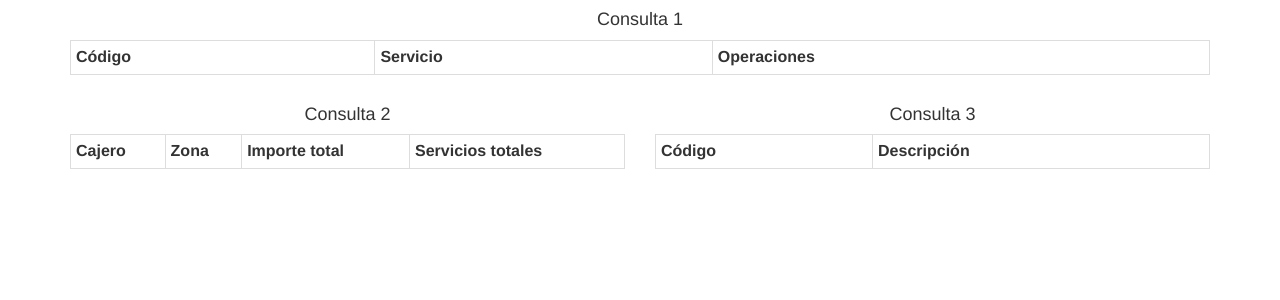
Repository: Myugen/EjercicioPHP
Page: http://localhost/
An editor plug-in stored every save of this project. The page is shown before and after the next save, followed by the edit.
The browser window is 1280 px wide. The pictures show the whole page.
Some web libraries are served in a nearby version. The page is run by PHP 8.4 with error messages shown; the project is at /var/www/html/. Queries for data that is not in the repository find no rows.

Above is the page before, as saved 2015-11-20 09:00:00.

### Examen2PHP/index.php
<!DOCTYPE HTML PUBLIC "-//W3C//DTD HTML 4.01 Frameset//EN">
<html>
<head>
<meta name="viewport" content="width=device-width, initial-scale=1">
<link rel="stylesheet" href="http://maxcdn.bootstrapcdn.com/bootstrap/3.3.5/css/bootstrap.min.css">
<script src="https://ajax.googleapis.com/ajax/libs/jquery/1.11.3/jquery.min.js"></script>
<script src="http://maxcdn.bootstrapcdn.com/bootstrap/3.3.5/js/bootstrap.min.js"></script>
<meta http-equiv="Content-Type" content="text/html; charset=UTF-8">
<title>Consultas Base de Datos Vivero de empresas</title>
</head>
<body>
<?php
	$conexion = new mysqli("localhost", "root", "admin", "bankia") or
	die("<div class='alert aler-danger text-center'><p>No es posible conectarse a la
	base de datos. Compruebe que los datos de conexión, usuario y/o contraseña son correctos.</p></div>");
?>
	<div class="container text-center">
	<div class="row">
		<div class="col-md-12">
			<h4>Consulta 1</h4>
			<?php
			$consulta1 = "SELECT s.codigo, s.tipo, COUNT(o.serv_cod) as numop
						  FROM servicios as s
						  LEFT JOIN operaciones as o
						  ON s.codigo = o.serv_cod
						  GROUP BY s.codigo
						  ORDER BY numop DESC";
			if($resultado = $conexion->query($consulta1)) {
				echo "<table class='table table-condensed table-bordered'>";
				echo "<tr><th>Código</th><th>Servicio</th><th>Operaciones</th></tr>";
				while($row = $resultado->fetch_row()){
					echo "<tr><td>" . utf8_encode($row[0]) . "</td><td>" . utf8_encode($row[1]) . "</td>
						  <td>" . utf8_encode($row[2]) . "</td></tr>";
				}
				echo "</table>";
			}
			else {
				echo "<p class='text-danger'>Consulta no resuelta. Error $conexion->errno : $conexion->error </p><br>";
			}
			?>
		</div>
	</div>
	<div class="row">
		<div class="col-md-6">
			<h4>Consulta 2</h4>
			<?php
			$consulta2 = "SELECT t.codigo, t.zona, SUM(s.importe) as imptotal, COUNT(s.codigo) as cod
						  FROM operaciones as o
						  LEFT JOIN terminal as t
						  ON t.codigo = o.term_cod
						  LEFT JOIN servicios as s
						  ON s.codigo = o.serv_cod
						  GROUP BY t.codigo
						  ORDER BY cod, t.zona";
			if($resultado = $conexion->query($consulta2)) {
				echo "<table class='table table-condensed table-bordered'>";
				echo "<tr><th>Cajero</th><th>Zona</th>
					  <th>Importe total</th><th>Servicios totales</th></tr>";
				while($row = $resultado->fetch_row()){
					echo "<tr><td>" . utf8_encode($row[0]) . "</td><td>" . utf8_encode($row[1]) . "</td>
			              <td>" . utf8_encode($row[2]) . "</td><td>" . utf8_encode($row[3]) . "</td></tr>";
				}
				echo "</table>";
			}
			else {
				echo "<p class='text-danger'>Consulta no resuelta. Error $conexion->errno : $conexion->error </p><br>";
			}
			?>
		</div>
		<div class="col-md-6">
			<h4>Consulta 3</h4>
			<?php
			$consulta3 = "SELECT codigo, descripcion
		                  FROM empresas
		                  WHERE Codigo IN (SELECT empresa
		                                   FROM profesionales p
		                                   LEFT JOIN tiempo_uso t ON p.DNI = t.DNI
		                                   GROUP BY empresa
		                                   HAVING COUNT(t.DNI)>=4)";
			if($resultado = $conexion->query($consulta3)) {
				echo "<table class='table table-condensed table-bordered'>";
				echo "<tr><th>Código</th><th>Descripción</th></tr>";
				while($row = $resultado->fetch_row()){
					echo "<tr><td>" . utf8_encode($row[0]) . "</td><td>" . utf8_encode($row[1]) . "</td></tr>";
				}
				echo "</table>";
			}
			else {
				echo "<p class='text-danger'>Consulta no resuelta. Error $conexion->errno : $conexion->error </p><br>";
			}
			?>
		</div>
	</div>
	</div>
</body>
</html>

After the next save:
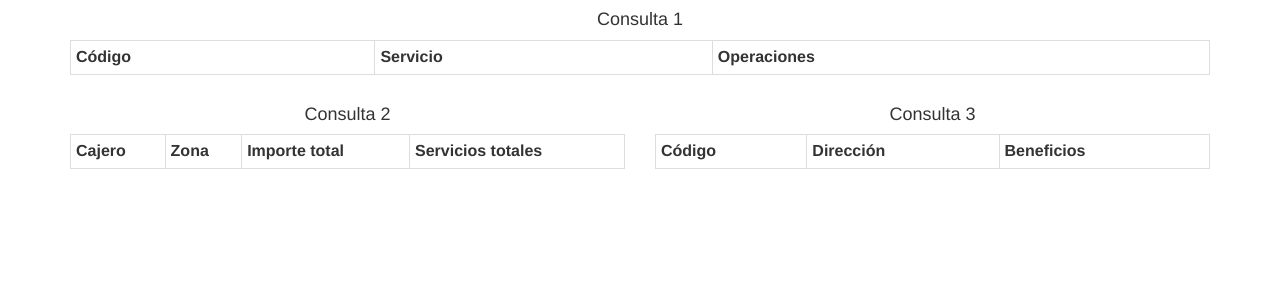
Saved 77 s later.
--- a/Examen2PHP/index.php
+++ b/Examen2PHP/index.php
@@ -79,9 +79,10 @@
 		                                   HAVING COUNT(t.DNI)>=4)";
 			if($resultado = $conexion->query($consulta3)) {
 				echo "<table class='table table-condensed table-bordered'>";
-				echo "<tr><th>Código</th><th>Descripción</th></tr>";
+				echo "<tr><th>Código</th><th>Dirección</th><th>Beneficios</th></tr>";
 				while($row = $resultado->fetch_row()){
-					echo "<tr><td>" . utf8_encode($row[0]) . "</td><td>" . utf8_encode($row[1]) . "</td></tr>";
+					echo "<tr><td>" . utf8_encode($row[0]) . "</td><td>" . utf8_encode($row[1]) . "</td>
+						  <td>" . utf8_encode($row[2]) . "</td></tr>";
 				}
 				echo "</table>";
 			}
